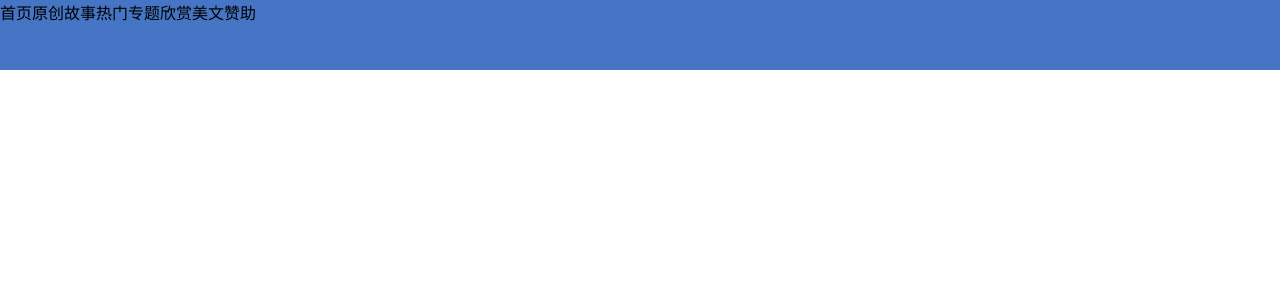
Repository: equation-zheng/Article
Page: http://localhost/Idles/
The author's editor kept a copy of each file at every save. The page is drawn from the files as they stood at one save, then again after the next save.
The browser window is 1280 px wide. The pictures show the whole page.
The page is served by Tomcat 9. Other server files are loaded and not shown.

Above is the page before, as saved 2017-12-05 08:37:01.

### Service/apache-tomcat-7.0.82/Idles/WebContent/index.jsp
<?xml version="1.0" encoding="UTF-8" ?>
<%@ page language="java" contentType="text/html; charset=UTF-8"
    pageEncoding="UTF-8"%>
<!DOCTYPE html PUBLIC "-//W3C//DTD XHTML 1.0 Transitional//EN" "http://www.w3.org/TR/xhtml1/DTD/xhtml1-transitional.dtd">
<html xmlns="http://www.w3.org/1999/xhtml">
<head>
<meta http-equiv="Content-Type" content="text/html; charset=UTF-8" />
<title>首页</title>
</head>
<style>
	*{
		margin: 0;
		padding: 0;
	}
	.header{
		height: 70px;
		background: #4575C4;
	}
	.header ul li {
	list-style: none;
		float: left;
		margin: 30ppx;
	}

</style>
<body>
	<div class="header">
		<ul>
			<li>首页</li>
			<li>原创故事</li>
			<li>热门专题</li>
			<li>欣赏美文</li>
			<li>赞助</li>
		</ul>
	</div>
</body>
</html>

After the next save:
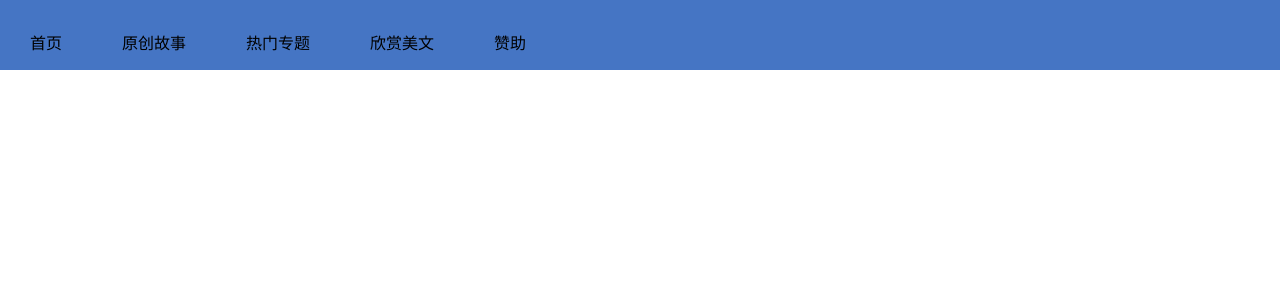
Saved 35 s later.
--- a/Service/apache-tomcat-7.0.82/Idles/WebContent/index.jsp
+++ b/Service/apache-tomcat-7.0.82/Idles/WebContent/index.jsp
@@ -19,7 +19,7 @@
 	.header ul li {
 	list-style: none;
 		float: left;
-		margin: 30ppx;
+		margin: 30px;
 	}
 
 </style>
